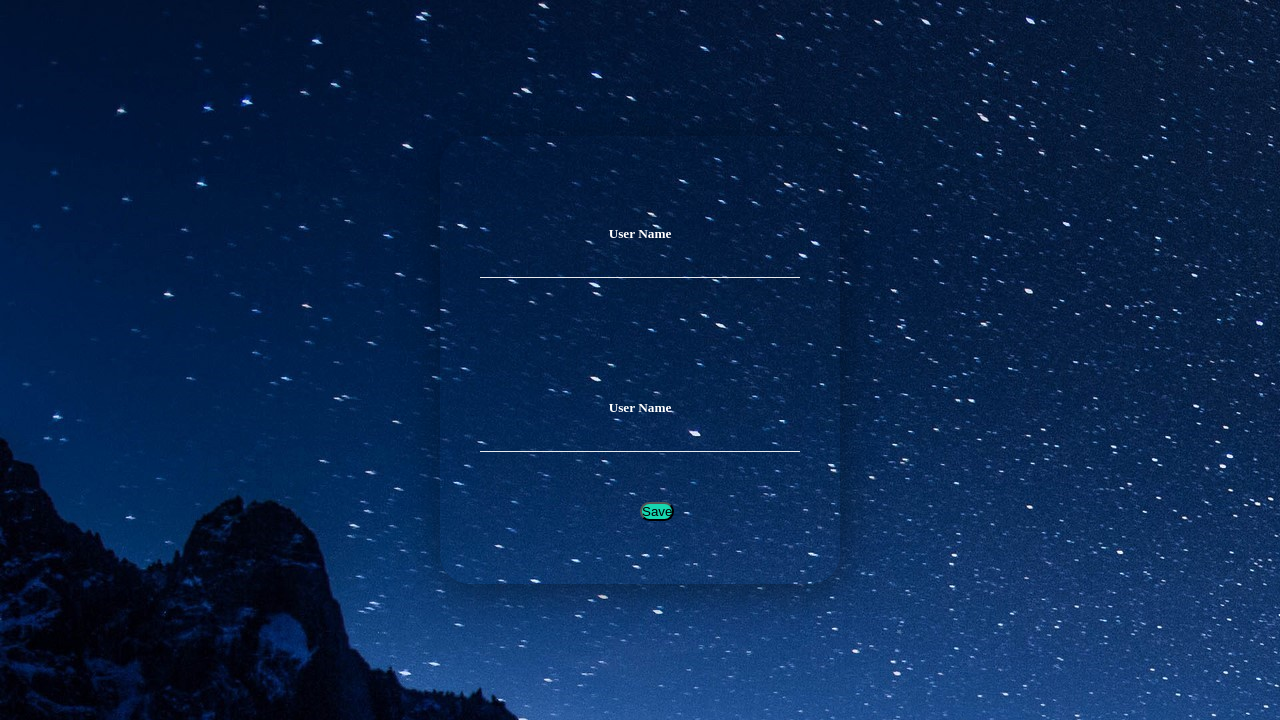
Repository: rkrukshan/Glass_Login_CSS
Page: login.html
An editor plug-in stored every save of this project. The page is shown before and after a run of saves, followed by the edit.
The browser window is 1280 px wide. The pictures show the whole page.

Above is the page before, as saved 2023-10-03 20:17:43.

### login.html
<!DOCTYPE html>
<html lang="en">

<head>
    <style>
        * {
            margin: 0;
            padding: 0;
            box-sizing: border-box;
            cursor: pointer;
        }

        body {
            height: 100vh;
            width: 100%;
            display: flex;
            justify-content: center;
            align-items: center;
        }

        form {
            width: 25rem;
            height: 28rem;
            flex-direction: column;
            background: rgba(91, 209, 255, 0.06);
            box-shadow: 0 8px 41px 0 rgba(0, 0, 0, 0.37);
            border-radius: 30px;
            border-left: 1px solid rgba(red, green, blue, .3);
            border-top: 1px solid rgba(red, green, blue, .3);
            background: transparent;
            border: solid 1px rgb(black)
        }

        input {
            width: 80%;
            margin: 5% auto;
            margin-bottom: 8%;
            border: none;
            outline: none;
            background: transparent;
            color: white;
            border-bottom: 1px solid rgb(255, 255, 255);
            opacity: .9;
        }

        button {
            background-color: rgb(23, 214, 176);
            position: absolute;
            align-items: center;
            border-radius:50px;

        }
    </style>
    <meta charset="UTF-8">
    <meta name="viewport" content="width=device-width, initial-scale=1.0">
    <title>Document</title>
</head>

<body style="background-image: url(images/2.jpg);">
    <form action="">
        <center>
            <br><br><br><br><br>
            <center><label for="" style="color:white">
                    <h5><strong>User Name</strong></h5>
                </label>
            <input type="text">
            </center>
           <br><br><br><br><br>
                <center><label for="" style="color:white">
                    <h5><strong>User Name</strong></h5>
            <input type="text">
                </label></center>
            <br>
            <button>Save</button>
        </center>
    </form>
</body>

</html>

After the next 4 saves:
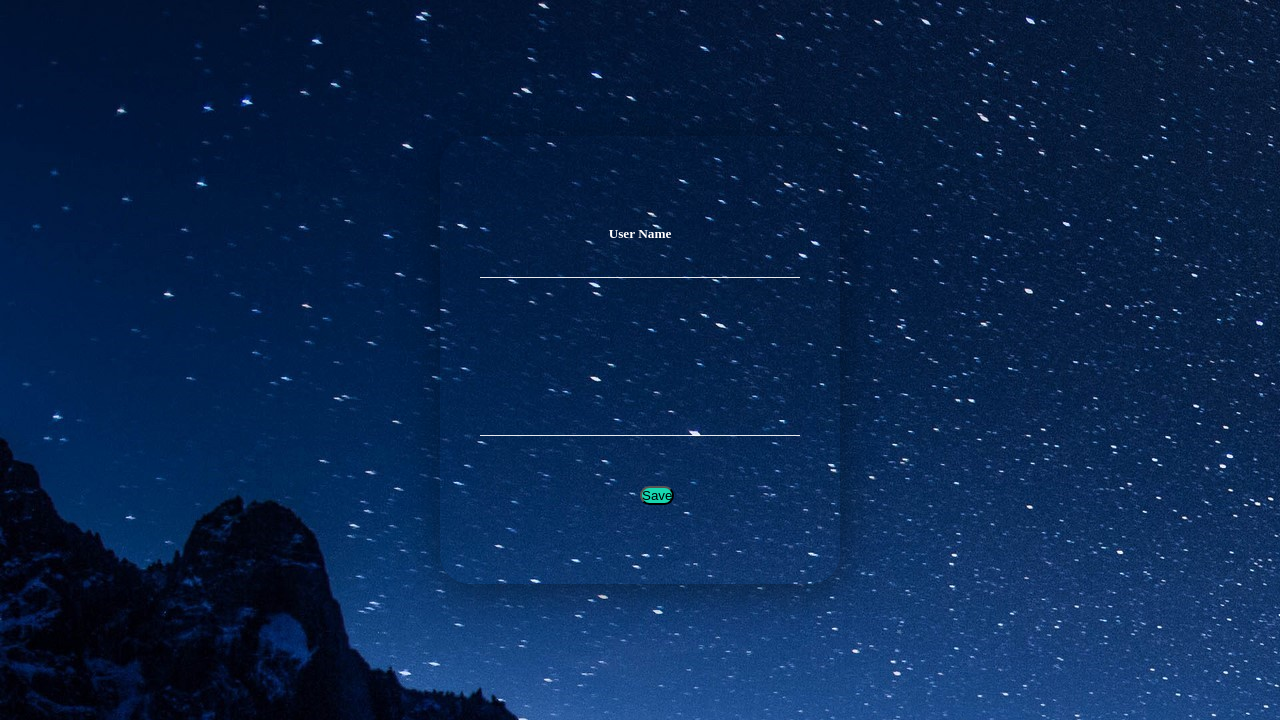
The 4 saves are shown as one change because they came seconds apart.
The last was saved 41 s later.
--- a/login.html
+++ b/login.html
@@ -67,8 +67,7 @@
             </center>
            <br><br><br><br><br>
                 <center><label for="" style="color:white">
-                    <h5><strong>User Name</strong></h5>
-            <input type="text">
+<h5><strong></strong></h5>            <input type="text">
                 </label></center>
             <br>
             <button>Save</button>
